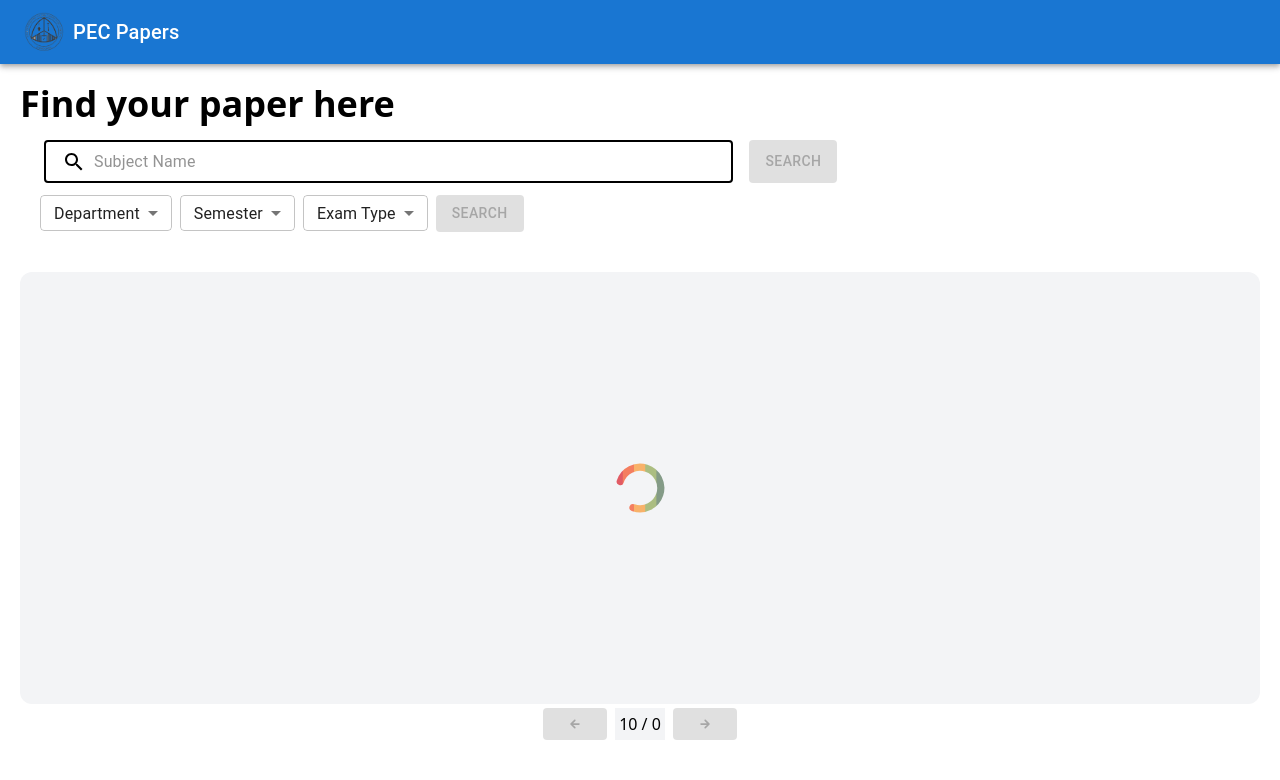
Repository: SUGAM-ARORA/pecpapers
Page: /browse (app in frontend/)
The author's editor kept a copy of each file at every save. The page is drawn from the files as they stood at one save, then again after the next save.
The browser window is 1280 px wide. The pictures show the whole page.
The page's requests for data from a server got no answer. The project was rebuilt for these pictures with package versions that can differ from the ones it lists, and the page was loaded fresh each time. Some packages were replaced by stand-ins written for this rebuild. No one was signed in, and anything a server would have sent is missing. Also part of the build but not shown: frontend/vite.config.js, frontend/src/Components/AnimatedText.jsx, frontend/src/Components/Hero.jsx, frontend/src/Components/Footer.jsx, frontend/src/Components/Login.jsx, frontend/src/Components/PaperDisplay.jsx, frontend/src/Components/ProtectedRoute.jsx.

Above is the page before, as saved 2025-07-17 19:40:39.

### frontend/index.html
<!doctype html>
<html lang="en">
  <head>
    <meta charset="UTF-8" />
    <link rel="icon" type="image/svg+xml" href="/index.png" />
    <link rel="preconnect" href="https://fonts.googleapis.com" />
    <link rel="preconnect" href="https://fonts.gstatic.com" crossorigin />
    <link
      href="https://fonts.googleapis.com/css2?family=IBM+Plex+Serif:ital,wght@0,100;0,200;0,300;0,400;0,500;0,600;0,700;1,100;1,200;1,300;1,400;1,500;1,600;1,700&display=swap"
      rel="stylesheet"
    />
    <meta name="viewport" content="width=device-width, initial-scale=1.0" />
    <title>Pec Papers</title>

    <meta name="description" content="Download and Upload PEC previous year papers for all departments. Filter by subject, semester, and exam type. Get easy access to Punjab Engineering College exam archives.">
    <meta property="og:url" content="https://pecpapers-ufo6.vercel.app/">
    <meta property="og:title" content="Punjab Engineering College(PEC) Exam Papers Archive" />

    <meta name="google-adsense-account" content="ca-pub-1903859543209030">
  </head>
  <!-- Google tag (gtag.js) -->
  <script
    async
    src="https://www.googletagmanager.com/gtag/js?id=G-3FZX3TV10G"
  ></script>
  <script>
    window.dataLayer = window.dataLayer || [];
    function gtag() {
      dataLayer.push(arguments);
    }
    gtag("js", new Date());

    gtag("config", "G-3FZX3TV10G");
  </script>
  <body>
    <div id="root"></div>
    <script type="module" src="/src/main.jsx"></script>
  </body>
</html>

### frontend/src/main.jsx
import { StrictMode } from 'react'
import { createRoot } from 'react-dom/client'
import './index.css'
import App from './App.jsx'
import {createBrowserRouter, Navigate, RouterProvider, useNavigate} from 'react-router-dom'
import Login from './Components/Login.jsx'
import { ClerkProvider } from '@clerk/clerk-react'
import Browse from './Pages/Browse.jsx'
import Hero from './Components/Hero.jsx'
import { AppProvider } from './context/AppContext.jsx'
import ProtectedRoute from './Components/ProtectedRoute.jsx'

const router = createBrowserRouter([
  {
    path : '/',
    element : <App/>,
    children: [{
      path : '/browse',
      element: <Browse/>
    },
    {
      // path : '/',
      index:true,
      element : <Hero/>
    }
  ]
  },
  {
    path: '/login',
    element : <Login/>
  },
  {
    path: '/sso-callback',
    element: <Navigate to="/" replace />
  }
])

const PUBLISHABLE_KEY = import.meta.env.VITE_CLERK_PUBLISHABLE_KEY

if (!PUBLISHABLE_KEY) {
  throw new Error('Missing Publishable Key')
}

createRoot(document.getElementById('root')).render(
  <StrictMode>
    <AppProvider>
    <ClerkProvider publishableKey={PUBLISHABLE_KEY} frontendApt="https://sweeping-bobcat-34.clerk.accounts.dev" >
    <RouterProvider router={router}/>
    </ClerkProvider>
    </AppProvider>
  </StrictMode>,
)

### frontend/src/App.jsx
import React, { useEffect } from 'react'
import Navbar from './Components/Navbar'
import Hero from './Components/Hero'
import FormDialog from './Components/FormDialog';
import { Outlet, useNavigate } from 'react-router-dom';
import { useUser } from '@clerk/clerk-react';
import Footer from './Components/Footer';

const App = () => {

  // const {user,isLoaded,isSignedIn} = useUser()
  // const navigate = useNavigate();
  // console.log(user)

  // useEffect(()=>{
  //   if(isLoaded && !isSignedIn){
  //     navigate('/login')
  //   }
  // },[isLoaded,isSignedIn])

  return (

    <div className='flex flex-col'>
      <div>
        <Navbar />
      </div>
      <Outlet />
      <div className='flex flex-col items-center mt-5'>
        <FormDialog />
      </div>
      <div>
        {/* <Footer/> */}
      </div>
    </div>
  )
}

export default App

### frontend/src/Pages/Browse.jsx
import React, { useEffect, useState } from 'react'
import SearchIcon from '@mui/icons-material/Search';
import { styled, alpha } from '@mui/material/styles';
import InputBase from '@mui/material/InputBase';
import { Button, FormControl, Select, MenuItem } from '@mui/material';
import { departments, examType } from '../utils/constants';
import axios from 'axios';
import PaperDisplay from '../Components/PaperDisplay';
import { useUser } from '@clerk/clerk-react';
import { ColorRing } from 'react-loader-spinner'
import { IoMdArrowRoundBack } from "react-icons/io";
import { IoMdArrowRoundForward } from "react-icons/io";


const Search = styled('div')(({ theme }) => ({
  position: 'relative',
  borderRadius: theme.shape.borderRadius,
  backgroundColor: alpha(theme.palette.common.white, 0.15),
  '&:hover': {
    backgroundColor: alpha(theme.palette.common.white, 0.25),
  },
  marginRight: theme.spacing(2),
  marginLeft: 0,
  width: '100%',
  [theme.breakpoints.up('sm')]: {
    marginLeft: theme.spacing(3),
    width: 'auto',
  },
  border: 5,
  borderColor: 'black'
}));

const SearchIconWrapper = styled('div')(({ theme }) => ({
  padding: theme.spacing(0, 2),
  height: '100%',
  position: 'absolute',
  pointerEvents: 'none',
  display: 'flex',
  alignItems: 'center',
  justifyContent: 'center',
  border: 5,
  borderColor: 'black'
}));

const StyledInputBase = styled(InputBase)(({ theme }) => ({
  color: 'inherit',
  '& .MuiInputBase-input': {
    padding: theme.spacing(1, 1, 1, 0),
    // vertical padding + font size from searchIcon
    paddingLeft: `calc(1em + ${theme.spacing(4)})`,
    transition: theme.transitions.create('width'),
    width: '100%',
    [theme.breakpoints.up('md')]: {
      width: '70ch',
    },
    border: 5,
    borderColor: 'black'
  },
}));

const Browse = () => {

  const { isSignedIn } = useUser()
  const [loading, setLoading] = useState(false)

  const [searchValue, setSearchValue] = useState('');
  const semesters = [1, 2, 3, 4, 5, 6, 7, 8]
  const [department, setDepartment] = React.useState('')
  const [exam, setExam] = React.useState('')
  const [sem, setSem] = React.useState('')

  const [papersToDisplay, setPapersToDisplay] = useState(null);
  const [papersFetched, setPapersFetched] = useState(null);

  const [totalPapers, setTotalPapers] = useState(null)
  const [skip,setskip] = useState(0);

  const BACKEND_URL = import.meta.env.VITE_BACKEND_URL

  // const getAllPapers = async () => {
  //   setLoading(true)
  //   const response = await axios.get(`${BACKEND_URL}/getallpapers/`)
  //   setPapersFetched(response.data);
  //   // console.log(response.data)
  //   setLoading(false)
  //   return { data: response.data }
  // }

  const getConnectionStatus = async () => {
    setLoading(true)
    const response = await axios.get(`${BACKEND_URL}/healthz/`)
    setLoading(false)
    console.log(response.data)
    return response.data;
  }

  const handleNext = async ()=>{
    const newskip = skip+10
    setskip(newskip)
    await getFilteredPapers()
  }

  const getFilteredPapers = async () => {
    try {
      setLoading(true)

      const response = await axios.get(`${BACKEND_URL}/papersOnFilterOrSearch?subjectName=${searchValue}&semester=${sem}&department=${department}&examType=${exam}&skip=${skip}`)

      setPapersFetched(response.data.data)
      setPapersToDisplay(response.data.data)
      setTotalPapers(response.data.total)

      setLoading(false)
    } catch (error) {
      setLoading(false)
      console.log(error)
    }
  }

  useEffect(() => {

    try {
      // if(isSignedIn){
      //   getAllPapers()
      // }
      // getAllPapers()
      getConnectionStatus()
    } catch (error) {
      console.log(error)
    }
  }, [BACKEND_URL, isSignedIn])

  // const handleSearch = async () => {
  //   if (!papersFetched) {
  //     //api calling


  //   } else {
  //     // actions on papersfetched
  //     setLoading(true)
  //     const filter = papersFetched.filter(paper =>
  //       paper.subjectName.toLowerCase().includes(searchValue.toLowerCase()) ||
  //       paper.department.toLowerCase().includes(searchValue.toLowerCase()) ||
  //       paper.examType.toLowerCase().includes(searchValue.toLowerCase()) ||
  //       paper.semester.toLowerCase().includes(searchValue.toLowerCase())
  //     )
  //     setPapersToDisplay(filter)
  //     setLoading(false)
  //     // console.log(filter)
  //     return;
  //   }

  // }

  // const handleFilter = async () => {
  //   if (!papersFetched) {
  //     //api calling
  //   } else {
  //     // actions on papers fetched

  //     setLoading(true)
  //     const filter = papersFetched.filter(paper =>
  //       paper.department.toLowerCase().includes(department.toLowerCase()) &&
  //       paper.examType.toLowerCase().includes(exam.toLowerCase()) &&
  //       paper.semester.includes(sem)
  //     )
  //     setPapersToDisplay(filter)
  //     setLoading(false)
  //     // console.log(filter)
  //     return
  //   }
  // }

  return (
    <div className='flex flex-col m-5'>
      <span className='text-4xl font-semibold'>Find your paper here</span>

      <div id='search' className='flex flex-row mt-4 '>
        <Search sx={{
          border: 2,
          borderColor: 'black',
        }}
        >
          <SearchIconWrapper>
            <SearchIcon />
          </SearchIconWrapper>
          <StyledInputBase
            placeholder="Subject Name"
            inputProps={{ 'aria-label': 'search' }}
            value={searchValue}
            onChange={(e) => setSearchValue(e.target.value)}
          />
        </Search>
        <Button variant='contained' onClick={getFilteredPapers} disabled={loading}>Search</Button>
      </div>

      <form id='filters' className=' mt-3 flex flex-row gap-2 ml-5' onSubmit={getFilteredPapers}>
        <FormControl>
          <Select
            labelId="department"
            aria-placeholder='Department'
            id="department"
            value={department}
            onChange={(e) => setDepartment(e.target.value)}
            sx={{
              width: 'vh',
              height: '5vh',
              overflow: 'scroll'
            }}
            placeholder='Department'
            displayEmpty
          >
            <MenuItem value="" disabled>
              Department
            </MenuItem>
            {departments.map((department) => <MenuItem value={department.dept}>{department.dept}</MenuItem>)}
          </Select>
        </FormControl>

        <FormControl>
          <Select
            labelId="semester"
            aria-placeholder='Semester'
            id="semester"
            value={sem}
            onChange={(e) => setSem(e.target.value)}
            sx={{
              width: 'vh',
              height: '5vh',
              overflow: 'scroll'
            }}
            placeholder='Semester'
            displayEmpty
          >
            <MenuItem value="" disabled>
              Semester
            </MenuItem>
            {semesters.map((semester) => <MenuItem value={semester}>{semester}</MenuItem>)}
          </Select>

        </FormControl>

        <FormControl>
          <Select
            labelId="examType"
            aria-placeholder='Exam-Type'
            id="examType"
            value={exam}
            onChange={(e) => setExam(e.target.value)}
            sx={{
              width: 'vh',
              height: '5vh',
              overflow: 'scroll'
            }}
            placeholder='Exam Type'
            displayEmpty
          >
            <MenuItem value="" disabled>
              Exam Type
            </MenuItem>
            {examType.map((exam, index) => <MenuItem value={exam.type} key={index}>{exam.type}</MenuItem>)}
          </Select>
        </FormControl>

        <Button variant='contained' onClick={getFilteredPapers} disabled={loading}>Search</Button>
      </form>


      <div className='mt-10 rounded-xl p-2 bg-gray-100 h-[60vh] overflow-scroll'>
        {loading ? <div className='h-full flex flex-col justify-center items-center'>
          <ColorRing
            visible={true}
            width="100"
            colors={['#e15b64', '#f47e60', '#f8b26a', '#abbd81', '#849b87']}
            ariaLabel="infinity-spin-loading" />
        </div> : <></>}
        <div className={`${loading ? 'hidden' : ''}`}>
          {papersToDisplay ? <div className='flex flex-col gap-2'>
            {papersToDisplay.map((paper) => <PaperDisplay paper={paper} key={paper.id} />)}
          </div> : <span className='text-gray-400 text-5xl'>Papers displayed here</span>}
        </div>

      </div>
      <div className=' w-full mt-1 flex items-center justify-center'>
        <div className='flex flex-row gap-2'>
          <Button variant='contained' onClick={getFilteredPapers} disabled={loading}>
            <IoMdArrowRoundBack />
          </Button>
          <span className=' bg-gray-100 p-1'>
            <span>10 / </span>
            <span>{Math.ceil(totalPapers/10)}</span>
          </span>
          <Button variant='contained' onClick={handleNext} disabled={loading}>
            <IoMdArrowRoundForward />
          </Button>
        </div>
      </div>
    </div>
  )
}

export default Browse

### frontend/src/context/AppContext.jsx
import { createContext, useState } from "react";

export const AppContext = createContext();

export const AppProvider = ({ children }) => {
  const [open, setOpen] = useState(false); // Example: global user state

  return (
    <AppContext.Provider value={{ open, setOpen }}>
      {children}
    </AppContext.Provider>
  );
};

### frontend/src/Components/Navbar.jsx
import * as React from 'react';
import AppBar from '@mui/material/AppBar';
import Box from '@mui/material/Box';
import Toolbar from '@mui/material/Toolbar';
import IconButton from '@mui/material/IconButton';
import Typography from '@mui/material/Typography';
import InputBase from '@mui/material/InputBase';
import Badge from '@mui/material/Badge';
import MenuItem from '@mui/material/MenuItem';
import Menu from '@mui/material/Menu';
import AccountCircle from '@mui/icons-material/AccountCircle';
import MailIcon from '@mui/icons-material/Mail';
import NotificationsIcon from '@mui/icons-material/Notifications';
import MoreIcon from '@mui/icons-material/MoreVert';
import logo from '../assets/image.png'
import { UserButton } from '@clerk/clerk-react';
import { useNavigate } from 'react-router-dom';


export default function Navbar() {
  // const [anchorEl, setAnchorEl] = React.useState(null)
  // const [mobileMoreAnchorEl, setMobileMoreAnchorEl] = React.useState(null)
  const navigate = useNavigate();


  const handleHomepageNavigation = async ()=>{
    navigate('/')
  }


  return (
    <Box sx={{ flexGrow: 1 }}>
      <AppBar position="static">
        <Toolbar>
          <img src={logo} alt='pec logo' className='h-10 w-10' onClick={handleHomepageNavigation}/>
          <Typography
            variant="h6"
            noWrap
            component="div"
            sx={{ display: { xs: 'none', sm: 'block',marginLeft:'9px' } }}
            onClick={handleHomepageNavigation}
          >
            PEC Papers
          </Typography>

          <Box sx={{ flexGrow: 1 }} />
          <Box sx={{ display: { xs: 'none', md: 'flex' } }}>

            <UserButton/>
          </Box>
          <Box sx={{ display: { xs: 'flex', md: 'none' } }}>

             <UserButton/>

          </Box>
        </Toolbar>
      </AppBar>

    </Box>
  );
}

### frontend/src/Components/FormDialog.jsx
import * as React from 'react';
import Button from '@mui/material/Button';
import TextField from '@mui/material/TextField';
import Dialog from '@mui/material/Dialog';
import DialogActions from '@mui/material/DialogActions';
import { FormControl, Typography, InputLabel, Select, MenuItem } from '@mui/material';
import { departments, examType } from '../utils/constants';
import axios from 'axios'
import { InfinitySpin } from 'react-loader-spinner'
import { AppContext } from '../context/AppContext';
import Toast from './Toast';

export default function FormDialog() {
  const { open, setOpen } = React.useContext(AppContext)
  const [loading, setLoading] = React.useState(false)
  const [files, setFiles] = React.useState('')

  const semesters = [1, 2, 3, 4, 5, 6, 7, 8]

  const [department, setDepartment] = React.useState('')
  const [exam, setExam] = React.useState('')
  const [sem, setSem] = React.useState('')

  const CLOUDINARY_URL = import.meta.env.VITE_APP_CLOUDINARY_URL
  const UPLOAD_PRESET = import.meta.env.VITE_APP_UPLOAD_PRESET
  const CLOUD_NAME = import.meta.env.VITE_APP_CLOUD_NAME
  const BACKEND_URL = import.meta.env.VITE_BACKEND_URL

  const [opentoast, setOpenToast] = React.useState(false)

  const handleFileChange = (e) => {
    const filename = e.target.files;
    if (filename) {
      setFiles(filename)
    }
  }

  const uploadImages = async (files) => {
    const uploadPromises = Array.from(files).map(file => {
      const formData = new FormData();
      formData.append("file", file);
      formData.append("upload_preset", UPLOAD_PRESET);
      formData.append("cloud_name", CLOUD_NAME);
      return axios.post(CLOUDINARY_URL, formData);
    });

    try {
      const responses = await Promise.all(uploadPromises);
      const urlList = responses.map(res => res.data.secure_url);
      console.log(urlList.length + " images uploaded");
      return urlList;
    }
    catch (error) {
      console.error("Cloudinary image uploads failed:", error);
      throw error;
    }
  };

  const uploadPaperDetails = async(e, urlList) => {
    try {
      const paperDetails = {
        department: e.target[0].value,
        cloudUrl: urlList,
        examType: e.target[2].value,
        semester: e.target[4].value,
        subjectName: e.target[6].value,
        comments: e.target[9].value
      }

      const dataRes = await axios.post(`${BACKEND_URL}/upload-paper/`, { data: paperDetails })
      console.log("Paper details uploaded successfully");
    }
    catch (error) {
      console.error("Paper details upload failed", error);
    }
  }

  const handleSubmit = async (e) => {
    e.preventDefault();
    setLoading(true)

    const urlList = await uploadImages(files);
    await uploadPaperDetails(e, urlList);

    e.target.reset()
    setDepartment('')
    setExam('')
    setSem('')
    setLoading(false)
    setOpen(false)
    setOpenToast(true)
  }

  const handleClose = () => {
    setOpen(false);
  };

  const handleUpload = async () => {

  }

  return (
    <>
      <Dialog
        open={open}
        onClose={handleClose}
      >
        <form className='flex flex-col gap-5 m-5 ' onSubmit={handleSubmit}>
          <FormControl>
            <Typography fontSize={25} >Upload a Paper</Typography>
            <div >
              <Typography>Department</Typography>
              <Select
                required="true"
                labelId="department"
                aria-placeholder='Department'
                id="department"
                value={department}
                onChange={(e) => setDepartment(e.target.value)}
                sx={{
                  width: '50vh',
                  height: '5vh',
                  overflow: 'scroll'
                }}
              >
                {departments.map((department) => <MenuItem value={department.dept}>{department.dept}</MenuItem>)}
              </Select>
            </div>
          </FormControl>

          <FormControl>
            <div>
              <Typography>Exam Type</Typography>
              <Select
                required="true"
                labelId="Exam-type"
                aria-placeholder='Exam Type'
                id="exam-type"
                sx={{
                  width: '50vh',
                  height: '5vh',
                  overflow: 'scroll'
                }}
                value={exam}
                onChange={(e) => setExam(e.target.value)}
              >
                {examType.map((type) => <MenuItem value={type.type}>{type.type}</MenuItem>)}
              </Select>
            </div>
          </FormControl>

          <FormControl>
            <div>
              <Typography>Semester</Typography>
              <Select
                required="true"
                labelId="Semester"
                aria-placeholder='Semester'
                id="exam-type"
                sx={{
                  width: '50vh',
                  height: '5vh',
                  overflow: 'scroll'
                }}
                value={sem}
                onChange={(e) => setSem(e.target.value)}
              >
                {semesters.map((sem) => <MenuItem value={sem}>{sem}</MenuItem>)}
              </Select>
            </div>
          </FormControl>

          <FormControl>
            <div>
              <Typography>Subject Name</Typography>
              <TextField
                sx={{ width: '50vh', height: '5vh' }}
                required="true"
              >
              </TextField>
            </div>
          </FormControl>

          <FormControl>
            <div>
              <Typography>Upload Paper <span className='text-xs'>(only img format e.g. jpg,png,jpeg etc.)</span></Typography>
              <input
                accept='image/*'
                id='upload-image'
                type='file'
                multiple='true'
                onChange={handleFileChange}
                required="true"
              />
            </div>
          </FormControl>
          <FormControl>
            <div>
              <Typography>Review or Comments</Typography>
              <TextField sx={{
                width: '50vh',
                height: '5vh'
              }}></TextField>
            </div>
          </FormControl>
          {loading && <InfinitySpin
            visible={true}
            width="100"
            color="#4fa94d"
            ariaLabel="infinity-spin-loading" />}

          <DialogActions>
            <Button onClick={handleClose}>Cancel</Button>
            <Button type="submit" variant='contained' onClick={handleUpload}>Upload</Button>
          </DialogActions>
        </form>
      </Dialog>
      <Toast opentoast={opentoast} setOpenToast={setOpenToast} message="Paper Upload" />
    </>
  );
}

### frontend/src/utils/constants.js
export const departments = [
    // ece:
    {
        'dept' : 'ECE'
    },
    // cse:
    {
        'dept' : 'CSE'
    },
    // ee:
    {
        'dept': 'EE'
    },
    // ds:
    {
        'dept' : 'CSE-DS'
    },
    // ai:
    {
        'dept' : 'CSE-AI'
    },
    // mech:
    {
        'dept' : 'MECH'
    },
    // civil:
    {
        'dept' : 'CIVIL'
    },
    // aero:
    {
        'dept': 'AERO'
    },
    // meta:
    {
        'dept' : 'META'
    },
    // prod:
    {
        'dept' : 'PROD'
    },
    // hsm:
    {
        'dept' : 'HSM'
    },
    // physics:
    {
        'dept' : 'PHYSICS'
    },
    // maths:
    {
        'dept' : "MATHS"
    },
    // chem:
    {
        'dept' : 'CHEMISTRY'
    },
    // bdes:
    {
        'dept' : 'B-DES'
    }
]

export const examType = [
    {
        'type' : 'MID-SEM'
    },
    {
        'type' : 'END-SEM'
    }
]

### frontend/src/Components/Toast.jsx
import * as React from 'react';
import Button from '@mui/material/Button';
import Snackbar from '@mui/material/Snackbar';
import IconButton from '@mui/material/IconButton';
import CloseIcon from '@mui/icons-material/Close';

export default function Toast({message,openToast,setOpenToast}) {
//   const [open, setOpen] = React.useState(false);



  const handleClose = (
    event,
    reason,
  ) => {
    if (reason === 'clickaway') {
      return;
    }

    setOpenToast(false);
  };

  const action = (
    <React.Fragment>
      <IconButton
        size="small"
        aria-label="close"
        color="inherit"
        onClick={handleClose}
      >
        <CloseIcon fontSize="small" />
      </IconButton>
    </React.Fragment>
  );

  return (
    <div>

      <Snackbar
        open={openToast}
        autoHideDuration={6000}
        onClose={handleClose}
        message={message}
        action={action}
      />
    </div>
  );
}

Loaded but not shown: frontend/src/index.css (common file); frontend/tailwind.config.js (common file)

After the next save:
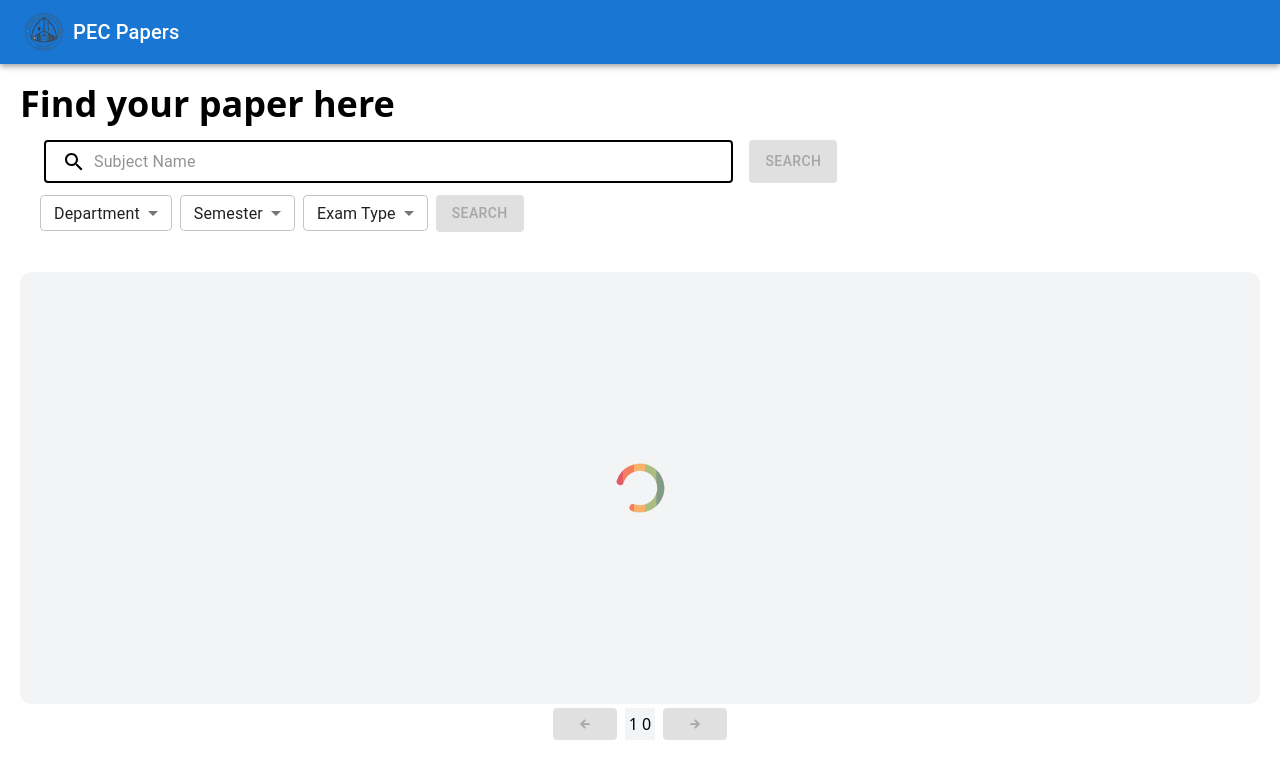
Saved 97 s later.
--- a/frontend/src/Pages/Browse.jsx
+++ b/frontend/src/Pages/Browse.jsx
@@ -287,7 +287,7 @@ const Browse = () => {
             <IoMdArrowRoundBack />
           </Button>
           <span className=' bg-gray-100 p-1'>
-            <span>10 / </span>
+            <span>{skip/10 + 1} </span>
             <span>{Math.ceil(totalPapers/10)}</span>
           </span>
           <Button variant='contained' onClick={handleNext} disabled={loading}>
